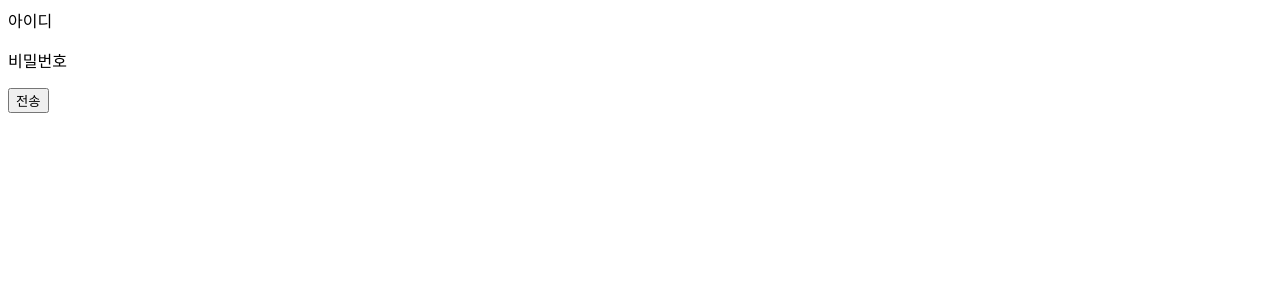
Repository: peanutBana/jsp_project
Page: http://localhost/JSPBook/ch05/out02.jsp
An editor plug-in stored every save of this project. The page is shown before and after the next save, followed by the edit.
The browser window is 1280 px wide. The pictures show the whole page.
The page is served by Tomcat 9.

Above is the page before, as saved 2022-10-04 13:22:19.

After the next save:
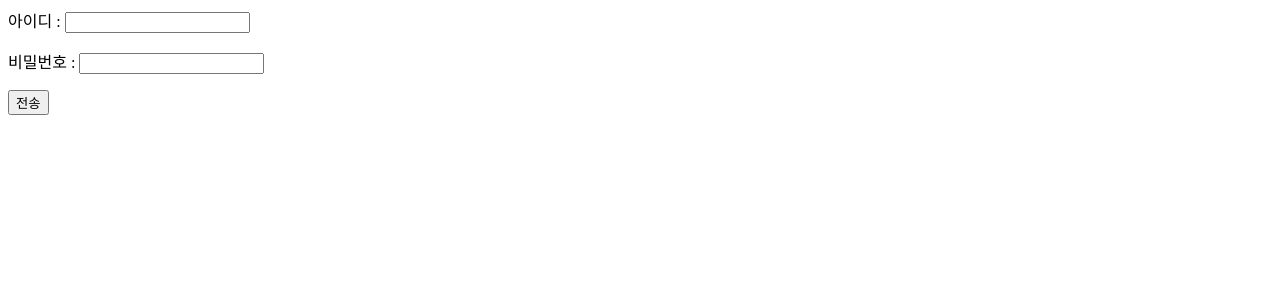
Saved 46 s later.
--- a/JSPBook/src/main/webapp/ch05/out02.jsp
+++ b/JSPBook/src/main/webapp/ch05/out02.jsp
@@ -5,8 +5,8 @@
 </head>
 <body>
 	<form action="out02_process.jsp" method="post">
-		<p>아이디
-		<p>비밀번호
+		<p>아이디 : <input type="text" name="id">
+		<p>비밀번호 : <input type="text" name="passwd">
 		<p><input type="submit" value="전송" />
 	</form>
 
